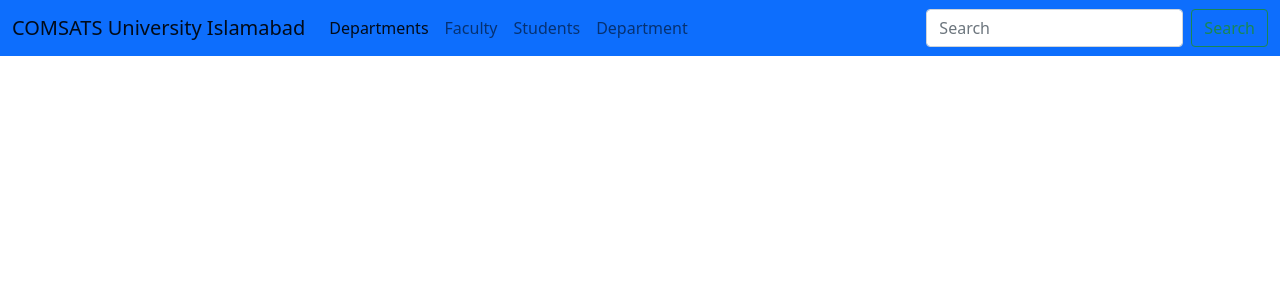
Repository: SaudCh/Web-Mid-Exams
Page: /error
The author's editor kept a copy of each file at every save. The page is drawn from the files as they stood at one save, then again after the next save.
The browser window is 1280 px wide. The pictures show the whole page.
The project was rebuilt for these pictures with package versions that can differ from the ones it lists, and the page was loaded fresh each time.

Above is the page before, as saved 2021-11-22 10:33:10.

### src/App.js
import React from "react";
import { BrowserRouter as Router, Switch, Route, Link } from "react-router-dom";
import "../node_modules/bootstrap/dist/css/bootstrap.min.css";
import "../node_modules/bootstrap/dist/js/bootstrap.bundle.min";
import Header from "./Shared/Header";

export default function App() {
  return (
    <Router>
      <Header />
    </Router>
  );
}

### src/Shared/Header.jsx
import React from "react";
import { Link } from "react-router-dom";
export default function Header() {
  return (
    <nav class="navbar navbar-expand-lg navbar-light bg-primary">
      <div class="container-fluid">
        <Link to="/" class="navbar-brand" href="#">
          COMSATS University Islamabad
        </Link>
        <button
          class="navbar-toggler"
          type="button"
          data-bs-toggle="collapse"
          data-bs-target="#navbarSupportedContent"
          aria-controls="navbarSupportedContent"
          aria-expanded="false"
          aria-label="Toggle navigation"
        >
          <span class="navbar-toggler-icon"></span>
        </button>
        <div class="collapse navbar-collapse" id="navbarSupportedContent">
          <ul class="navbar-nav me-auto mb-2 mb-lg-0">
            <li class="nav-item">
              <Link to="/" class="nav-link active" aria-current="page" href="#">
                Departments
              </Link>
            </li>
            <li class="nav-item">
              <Link to="/" class="nav-link" href="#">
                Faculty
              </Link>
            </li>

            <li class="nav-item">
              <Link
                to="/"
                class="nav-link"
                href="#"
                tabindex="-1"
                aria-disabled="true"
              >
                Students
              </Link>
            </li>
            <li class="nav-item">
              <Link
                to="/"
                class="nav-link"
                href="#"
                tabindex="-1"
                aria-disabled="true"
              >
                Department
              </Link>
            </li>
          </ul>
          <form class="d-flex">
            <input
              class="form-control me-2"
              type="search"
              placeholder="Search"
              aria-label="Search"
            />
            <button class="btn btn-outline-success" type="submit">
              Search
            </button>
          </form>
        </div>
      </div>
    </nav>
  );
}

Loaded but not shown: public/index.html (common file); src/index.js (common file); src/index.css (common file); src/reportWebVitals.js (common file)

After the next save:
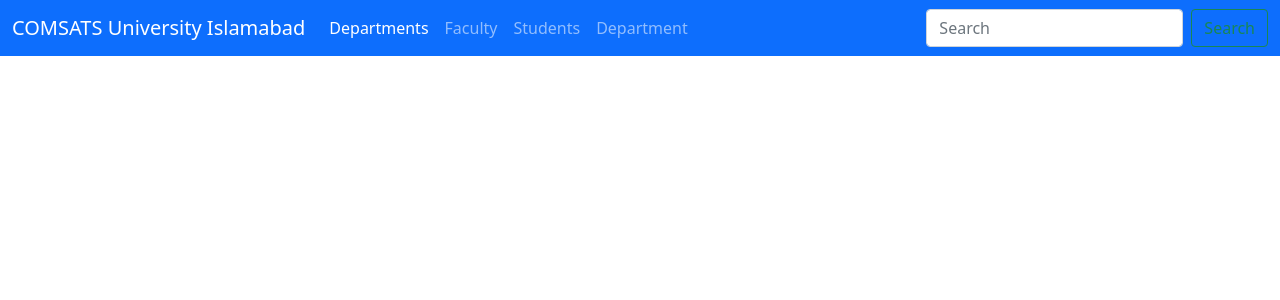
Saved 7 s later.
--- a/src/Shared/Header.jsx
+++ b/src/Shared/Header.jsx
@@ -2,7 +2,7 @@
 import { Link } from "react-router-dom";
 export default function Header() {
   return (
-    <nav class="navbar navbar-expand-lg navbar-light bg-primary">
+    <nav class="navbar navbar-expand-lg navbar-dark bg-primary">
       <div class="container-fluid">
         <Link to="/" class="navbar-brand" href="#">
           COMSATS University Islamabad
